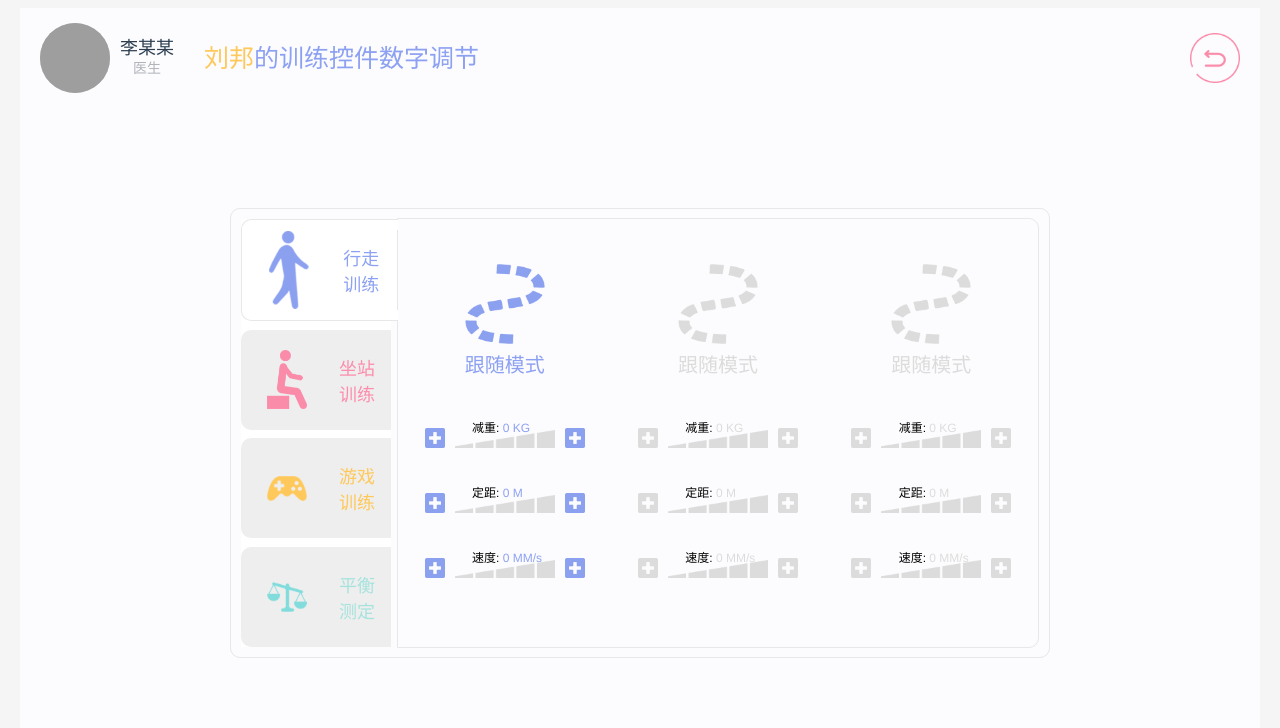
Repository: wangdanqing90/electron-vue-doctor
Page: /#/trainingAdjust
An editor plug-in stored every save of this project. The page is shown before and after the next save, followed by the edit.
The browser window is 1280 px wide. The pictures show the whole page.
Pictures or frames that could not be fetched are drawn as grey boxes. The project was rebuilt for these pictures with package versions that can differ from the ones it lists, and the page was loaded fresh each time. Also part of the build but not shown: vue.config.js, src/views/Home.vue, src/assets/styles/variable.scss, src/assets/styles/iconfont.css.

Above is the page before, as saved 2020-01-15 15:13:52.

After the next save:
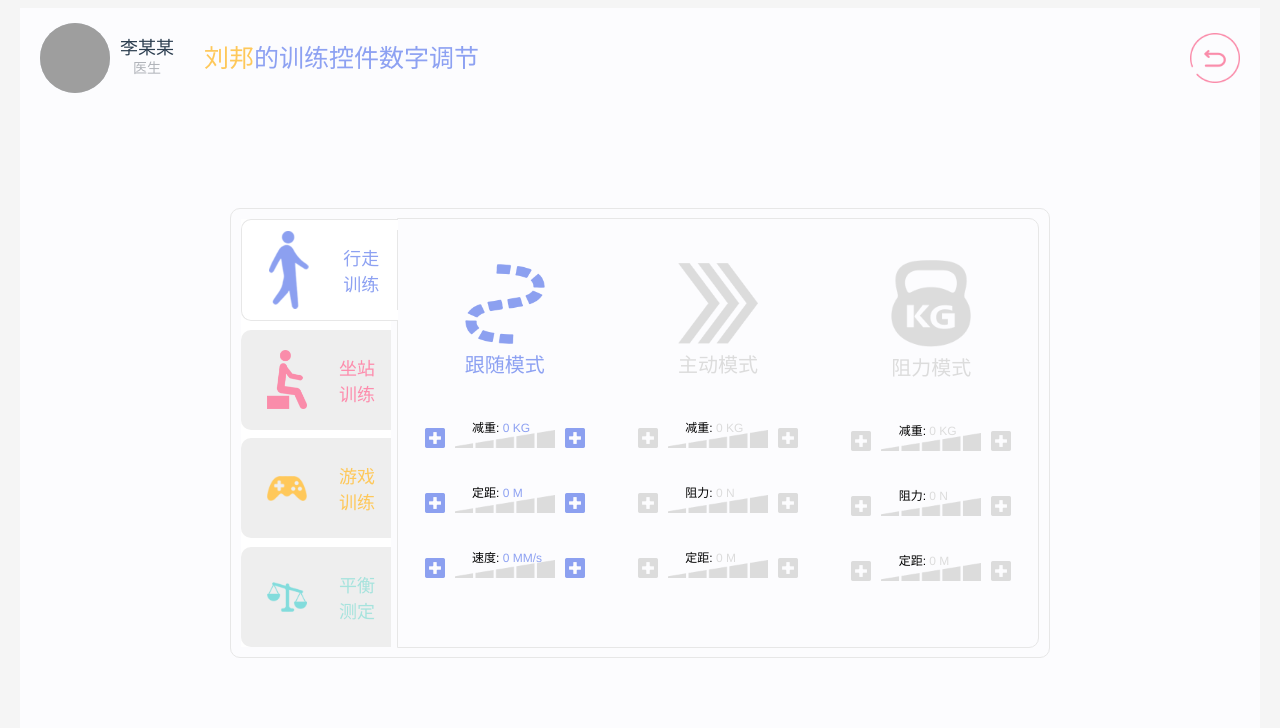
Saved 101 s later.
--- a/src/views/TrainingAdjust/TrainingAdjust.vue
+++ b/src/views/TrainingAdjust/TrainingAdjust.vue
@@ -32,21 +32,9 @@
           </div>
         </div>
         <div class="right display_flex justify-content_flex-justify align-items_center">
-          <AdjustContiner
-            :type="activeRight"
-            :disable="activeRight!=1"
-            @selectRightClick="selectRightClick"
-          ></AdjustContiner>
-          <AdjustContiner
-            :type="activeRight"
-            :disable="activeRight!=2"
-            @selectRightClick="selectRightClick"
-          ></AdjustContiner>
-          <AdjustContiner
-            :type="activeRight"
-            :disable="activeRight!=3"
-            @selectRightClick="selectRightClick"
-          ></AdjustContiner>
+          <AdjustContiner :type="1" :disable="activeRight!=1" @selectRightClick="selectRightClick"></AdjustContiner>
+          <AdjustContiner :type="2" :disable="activeRight!=2" @selectRightClick="selectRightClick"></AdjustContiner>
+          <AdjustContiner :type="3" :disable="activeRight!=3" @selectRightClick="selectRightClick"></AdjustContiner>
         </div>
       </div>
     </div>
